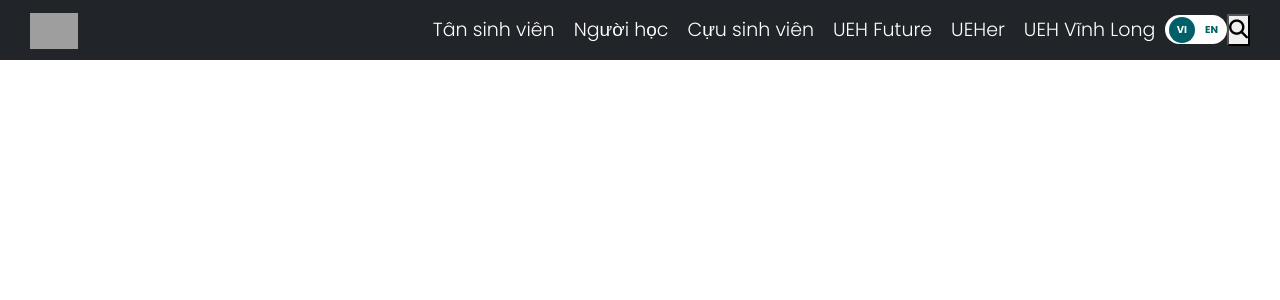
Repository: Jackietruong2805/frontends
Page: html css/ueh/index.html
The author's editor kept a copy of each file at every save. The page is drawn from the files as they stood at one save, then again after the next save.
The browser window is 1280 px wide. The pictures show the whole page.
Pictures or frames that could not be fetched are drawn as grey boxes. Some web libraries are served in a nearby version.

Above is the page before, as saved 2022-06-17 10:13:59.

After the next save:
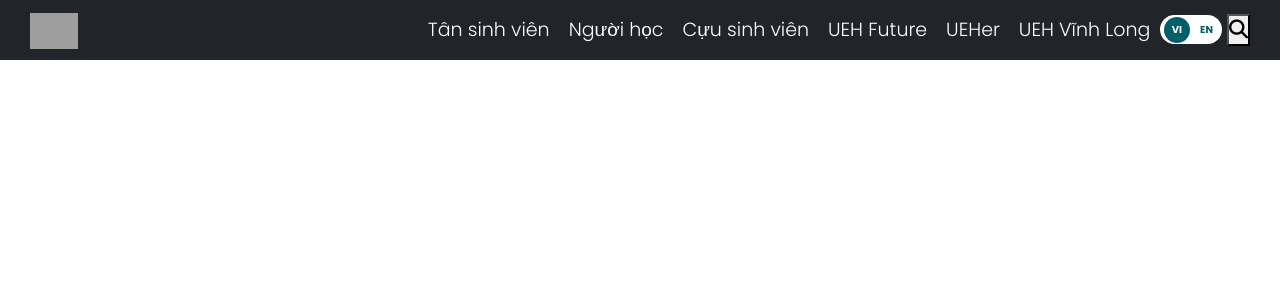
Saved 2 min 7 s later.
--- a/html css/ueh/index.html
+++ b/html css/ueh/index.html
@@ -50,7 +50,7 @@
             <span class="navbar-toggler-icon"></span>
           </button>
           <div class="collapse navbar-collapse" id="navbarUeh">
-            <ul class="navbar-nav ms-auto mb-2 mb-lg-0">
+            <ul class="navbar-nav ms-auto mb-2 mb-lg-0 px-2">
               <li class="nav-item">
                 <a class="nav-link active" aria-current="page" href="#"
                   >Tân sinh viên</a
